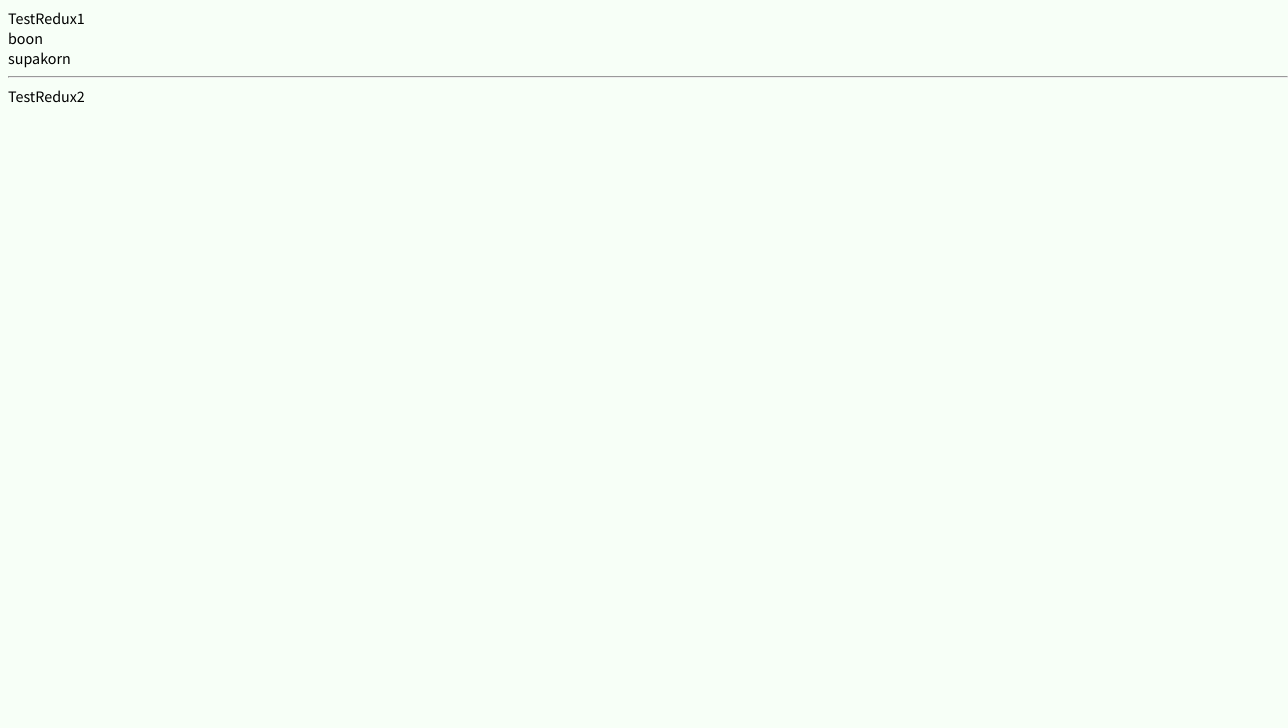
Repository: supakorn5039-boon/MERN
Page: /admin/viewtable (app in client/)
An editor plug-in stored every save of this project. The page is shown before and after the next save, followed by the edit.
The browser window is 1280 px wide. The page is 1288 px wide, so the pictures cover 1288 px, including what lies to the right of the window. The pictures show the whole page.
The page's requests for data from a server got no answer. The project was rebuilt for these pictures with package versions that can differ from the ones it lists, and the page was loaded fresh each time. No one was signed in, and anything a server would have sent is missing. Also part of the build but not shown: client/src/App.css, client/src/firebase.js, client/src/functions/product.js, client/src/components/FormProduct.js, client/src/components/FormEditProducts.js, client/src/layout/HeaderBar.js, client/src/layout/SideBar.js.

Above is the page before, as saved 2023-11-01 15:52:48.

After the next save:
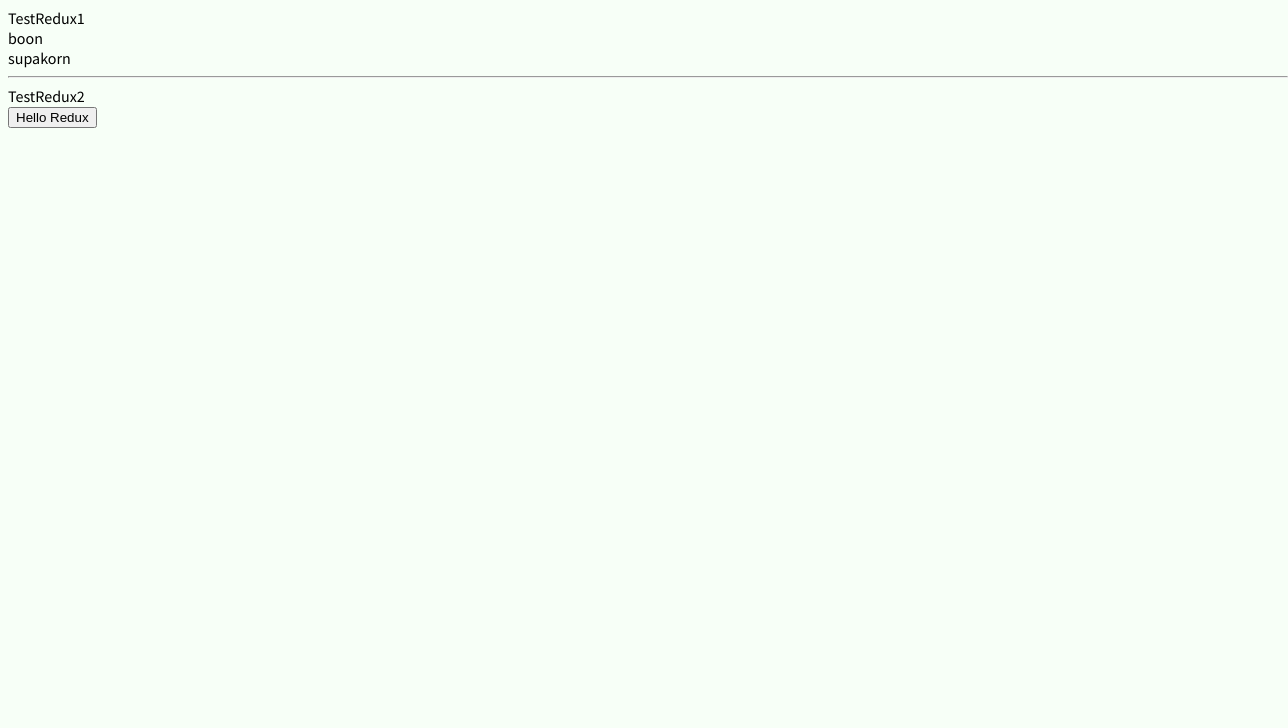
Saved 107 s later.
--- a/client/src/components/TestRedux2.jsx
+++ b/client/src/components/TestRedux2.jsx
@@ -1,5 +1,11 @@
 import React from "react";
 
 export default function TestRedux2() {
-  return <div>TestRedux2</div>;
+  return (
+    <div>
+      TestRedux2
+      <br />
+      <button>Hello Redux</button>
+    </div>
+  );
 }
